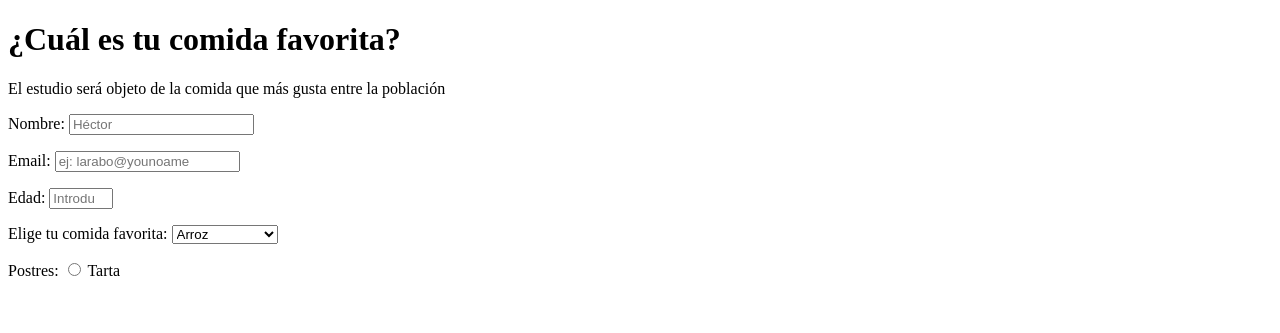
Repository: Fidesone/Form
Page: form/Index.html
The author's editor kept a copy of each file at every save. The page is drawn from the files as they stood at one save, then again after the next save.
The browser window is 1280 px wide. The pictures show the whole page.

Above is the page before, as saved 2020-09-23 10:31:33.

### form/Index.html
<!DOCTYPE html>
<html>
<head>
<meta charset="ISO-8859-1">
<title>Formulario</title>
</head>
<body>
<h1 id="title">¿Cuál es tu comida favorita?</h1>
<p id="desciption">El estudio será objeto de la comida que más gusta entre la población</p>
<form id="survey-form">
	<p id="name">Nombre: <input type="text" placeholder="Héctor" id="name-label"></p>
	<p id="email">Email: <input type="email" placeholder="ej: larabo@younoame" id="email-label"></p>
	<p id="number">Edad: <input type="number" placeholder="Introduce tu edad" id="number-label" required pattern=[0-9] min="0" max="100"></p>

	<label >Elige tu comida favorita:</label>
	<select id="dropdown">

		<option value="arroz">Arroz</option>
		<option value="pasta">Pasta</option>
		<option value="paella">Paella</option>
		<option value="pizza">Pizza</option>
		<option value="hamburguesa">Hamburguesa</option>
	</select>
	<p>
		Postres: <input type="radio" name="comida" value="tarta"> Tarta

	</p>
</form>
</body>
</html>

After the next save:
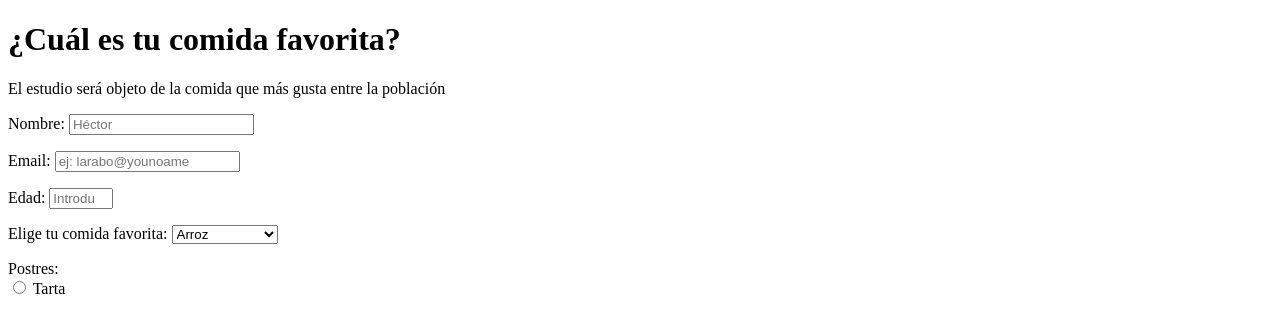
Saved 15 s later.
--- a/form/Index.html
+++ b/form/Index.html
@@ -22,7 +22,7 @@
 		<option value="hamburguesa">Hamburguesa</option>
 	</select>
 	<p>
-		Postres: <input type="radio" name="comida" value="tarta"> Tarta
+		Postres:<br> <input type="radio" name="comida" value="tarta"> Tarta
 
 	</p>
 </form>
